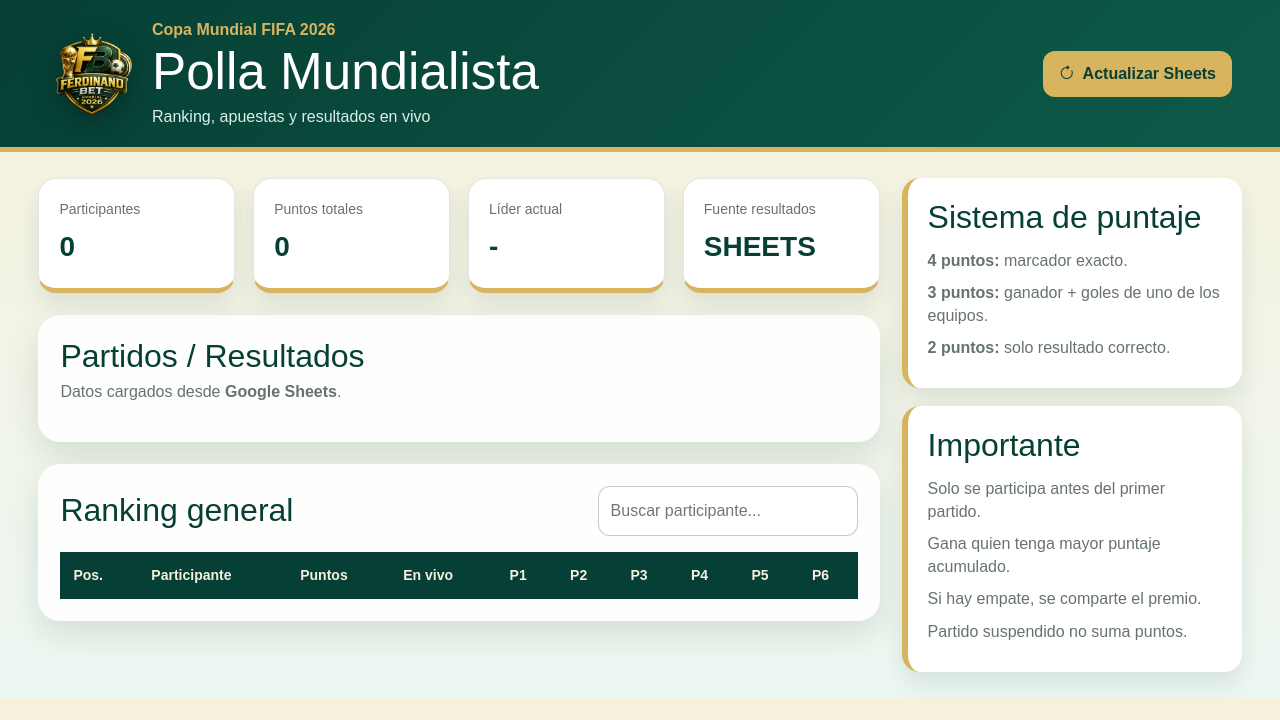
Repository: DiegoSot0/ferdinand-bet
Page: index.html
These files come from the project's save history. The page is drawn as it stood at one moment and after the next save; the edit follows.
The browser window is 1280 px wide. The pictures show the whole page.
The page's requests for data from a server got no answer.

Above is the page before, as saved 2026-06-11 21:36:42.

After the next save:
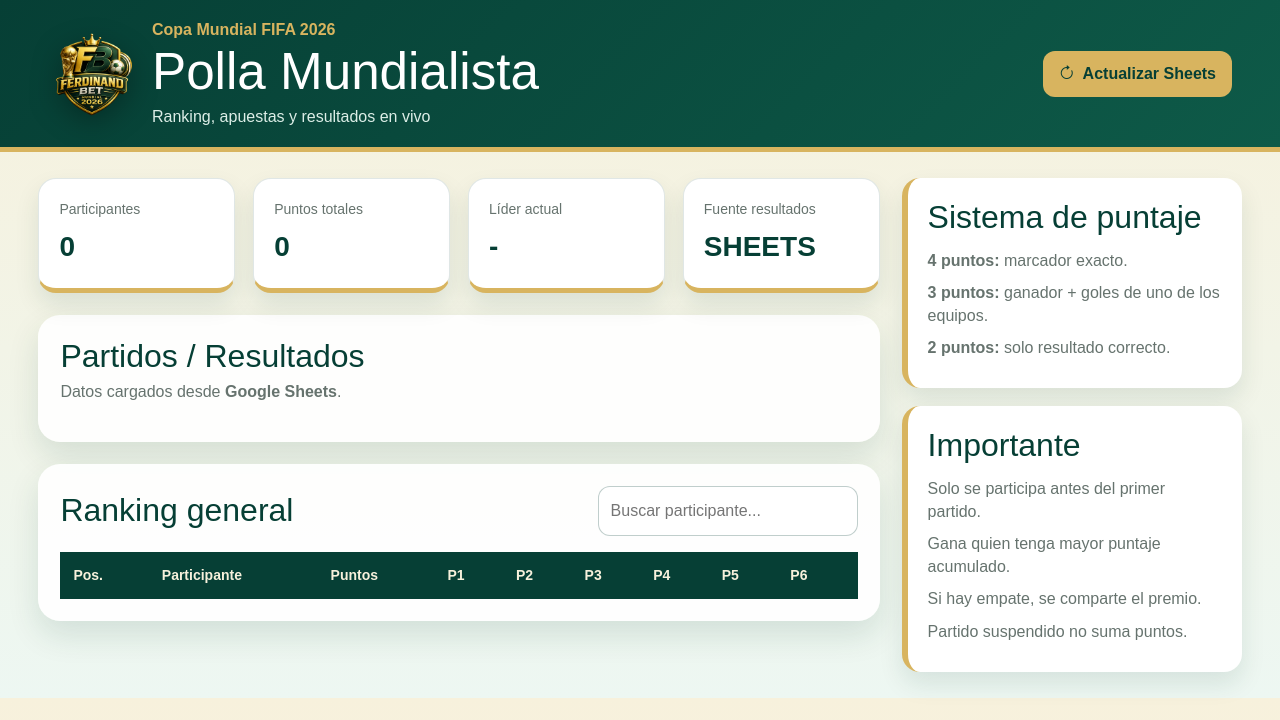
Saved 102 s later.
--- a/index.html
+++ b/index.html
@@ -59,21 +59,18 @@
 
         <div class="table-wrap">
           <table>
-            <thead>
-              <tr>
-                <th>Pos.</th>
-                <th>Participante</th>
-                <th>Puntos</th>
-                <th>En vivo</th>
-                <th>P1</th>
-                <th>P2</th>
-                <th>P3</th>
-                <th>P4</th>
-                <th>P5</th>
-                <th>P6</th>
-                <th>Detalle</th>
-              </tr>
-            </thead>
+            <tr>
+              <th>Pos.</th>
+              <th>Participante</th>
+              <th>Puntos</th>
+              <th>P1</th>
+              <th>P2</th>
+              <th>P3</th>
+              <th>P4</th>
+              <th>P5</th>
+              <th>P6</th>
+              <th>Detalle</th>
+            </tr>
             <tbody id="tablaParticipantes"></tbody>
           </table>
         </div>
